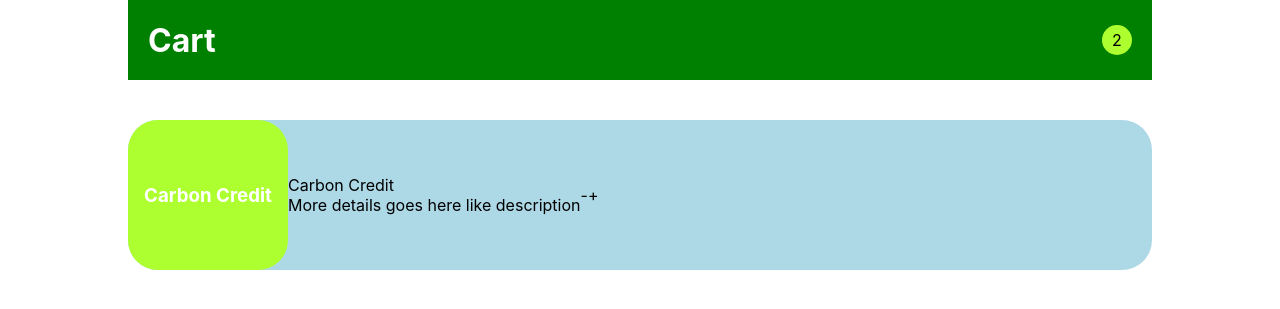
Repository: Yowani24/CarbonApp
Page: /cart
The author's editor kept a copy of each file at every save. The page is drawn from the files as they stood at one save, then again after the next save.
The browser window is 1280 px wide. The pictures show the whole page.
The project was rebuilt for these pictures with package versions that can differ from the ones it lists, and the page was loaded fresh each time. The framework's server and built-in components were replaced by stand-ins that run in the browser. Also part of the build but not shown: next.config.js.

Above is the page before, as saved 2021-09-26 20:24:44.

After the next save:
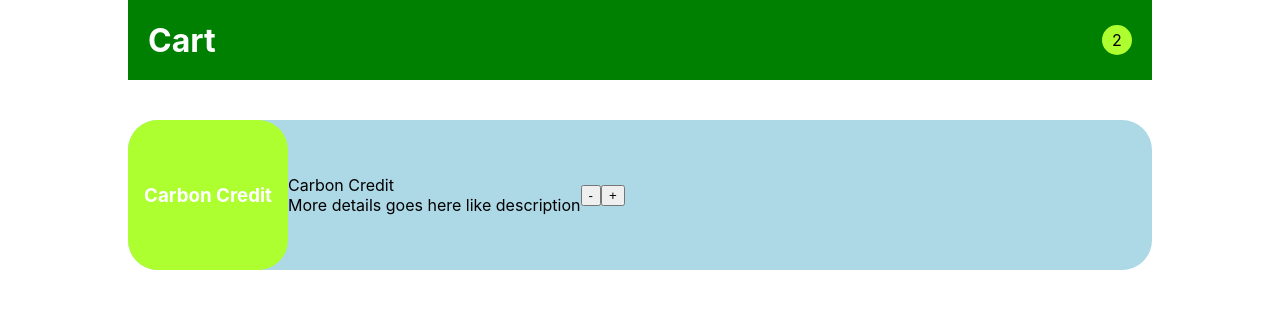
Saved 17 s later.
--- a/pages/cart/index.js
+++ b/pages/cart/index.js
@@ -32,8 +32,8 @@ export default function Cart(props) {
                           </div>
 
                           <div className={styles.quantity_controls}>
-                              <span>-</span>
-                              <span>+</span>
+                              <button>-</button>
+                              <button>+</button>
                           </div>
                       </div>
                   </div>
